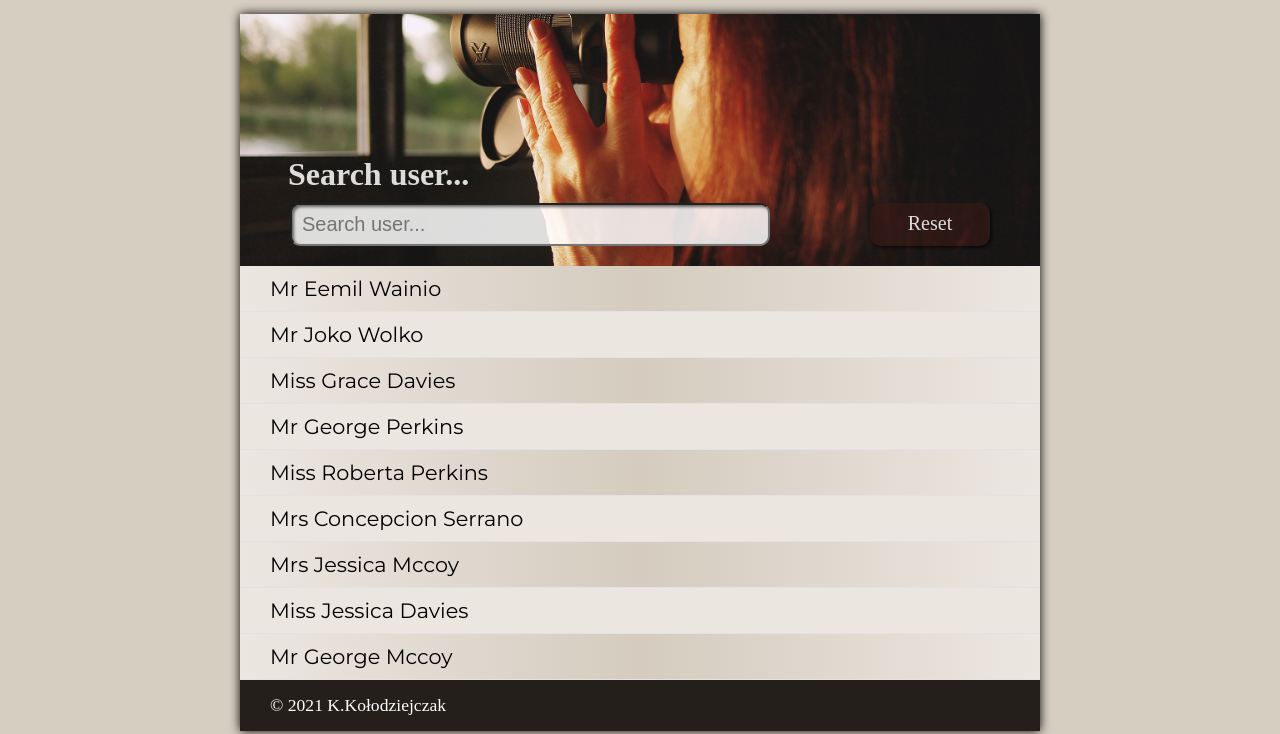
Repository: KrzysKolo/sr_tydzien5_zad4
Page: /
These files come from the project's save history. The page is drawn as it stood at one moment and after the next save; the edit follows.
The browser window is 1280 px wide. The pictures show the whole page.
Some web fonts or font styles are not loaded; a fallback is used. The project was rebuilt for these pictures with package versions that can differ from the ones it lists, and the page was loaded fresh each time. Also part of the build but not shown: src/components/userContainerComponents/Error.js.

Above is the page before, as saved 2021-01-07 05:51:47.

After the next save:
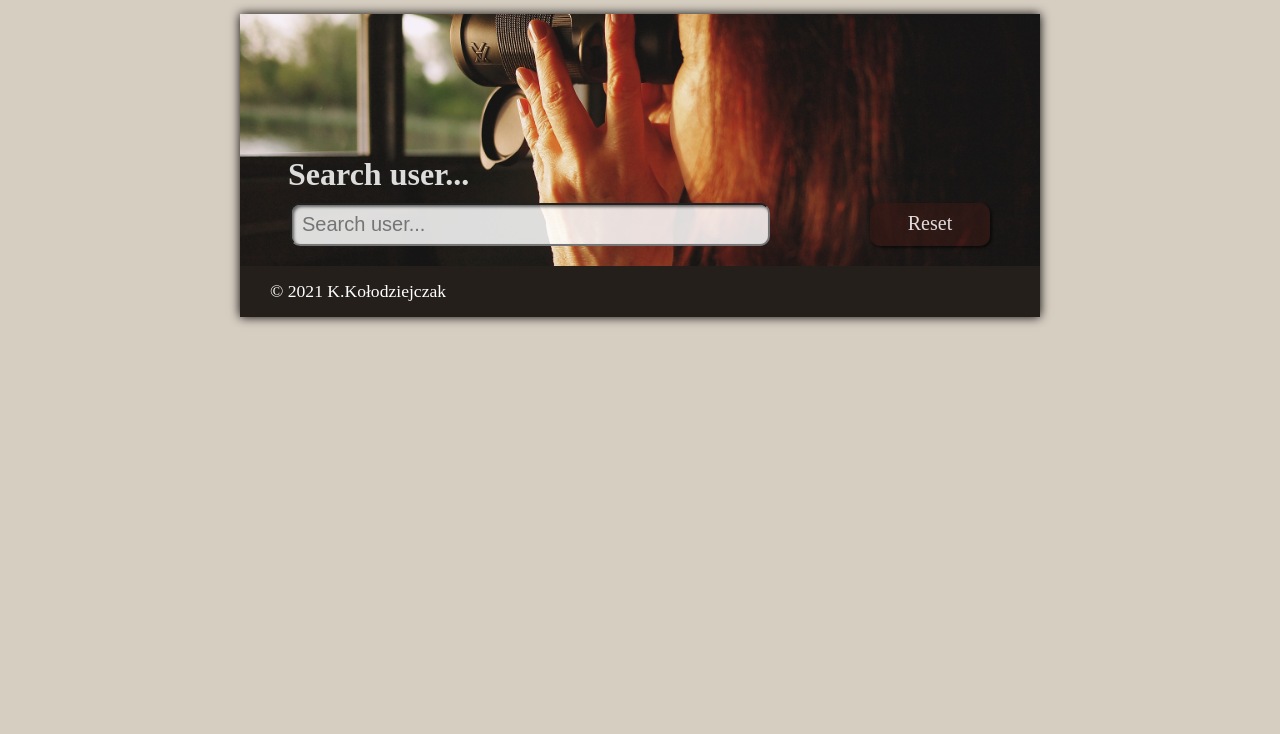
Saved 3 min 41 s later.
--- a/src/contexts/UserContext.js
+++ b/src/contexts/UserContext.js
@@ -27,7 +27,7 @@
       .then(res => res.json())
       .then(data => {
         console.log(data.users);
-        setUsers(data.users);
+        setUsers(filteredUsers);
         setIsLoading(false);
         clearTimeout(timer);
       })

After the 4 saves that followed:
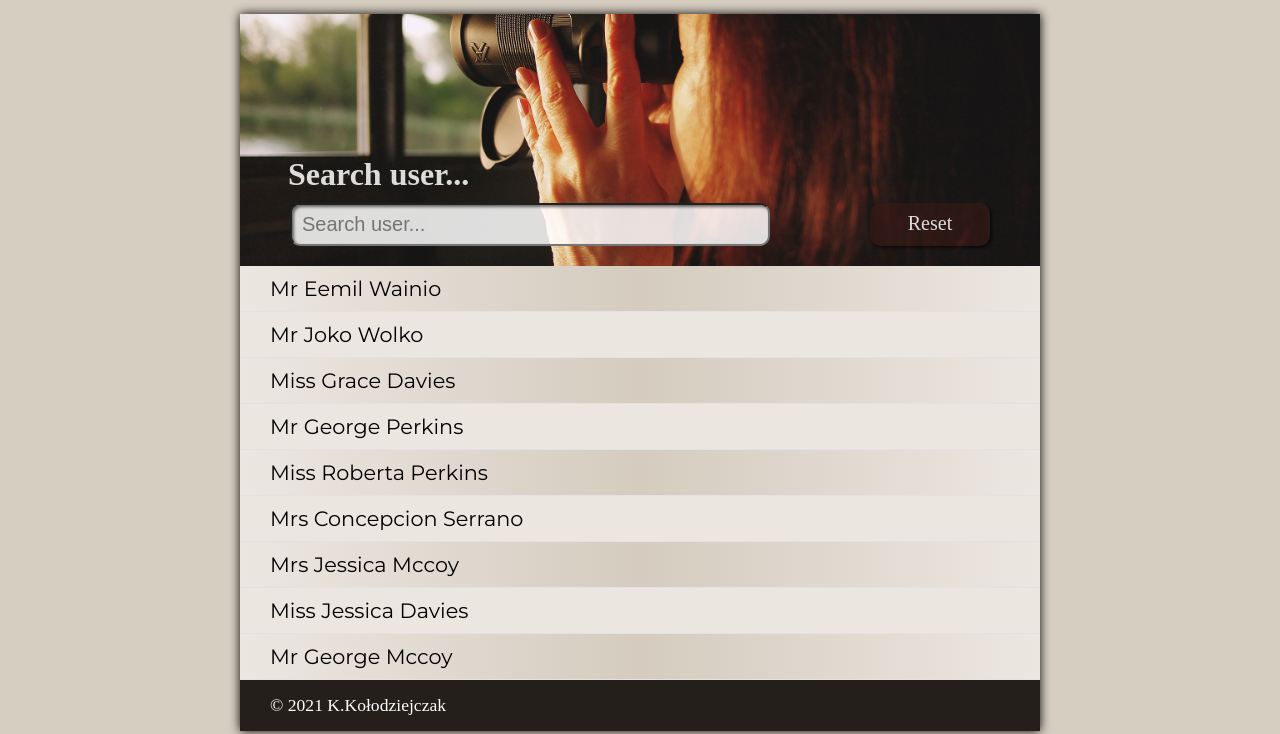
The 4 saves are shown as one change because 3 left the picture as it was.
The last was saved 86 s later.
--- a/src/contexts/UserContext.js
+++ b/src/contexts/UserContext.js
@@ -27,7 +27,7 @@
       .then(res => res.json())
       .then(data => {
         console.log(data.users);
-        setUsers(filteredUsers);
+        setUsers(data.users);
         setIsLoading(false);
         clearTimeout(timer);
       })
--- a/src/components/searchComponents/UserFormSearch.js
+++ b/src/components/searchComponents/UserFormSearch.js
@@ -21,7 +21,7 @@ const UserFormSearch = () => {
       console.log(value);
       setIsErr('');
       console.log(`send ${value}`);
-      setIsLoading(true);
+
     };
 	};
 
@@ -30,7 +30,7 @@ const UserFormSearch = () => {
 		console.log("reset");
     setSearchValue('');
     setIsErr('');
-    setIsLoading(true);
+
   };
 
   return (
